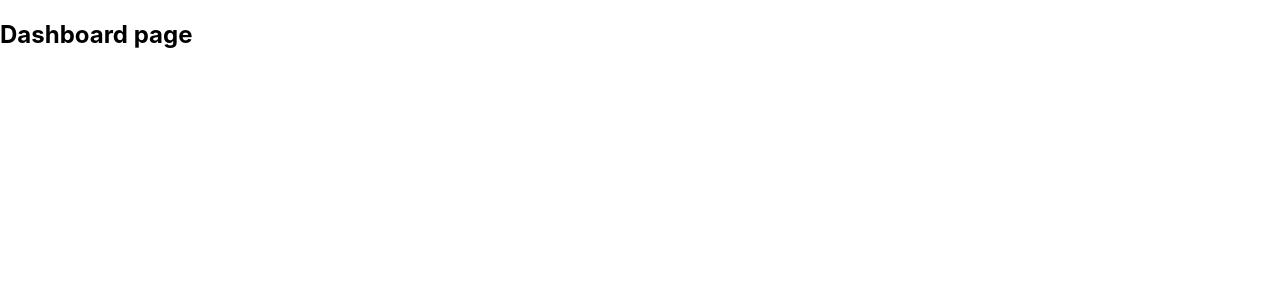
Repository: BinhIT/workflow
Page: /dashboard
The author's editor kept a copy of each file at every save. The page is drawn from the files as they stood at one save, then again after the next save.
The browser window is 1280 px wide. The pictures show the whole page.
The project was rebuilt for these pictures with package versions that can differ from the ones it lists, and the page was loaded fresh each time. Also part of the build but not shown: src/page/Home/index.js, src/page/About/index.js.

Above is the page before, as saved 2023-03-04 23:12:19.

After the next save:
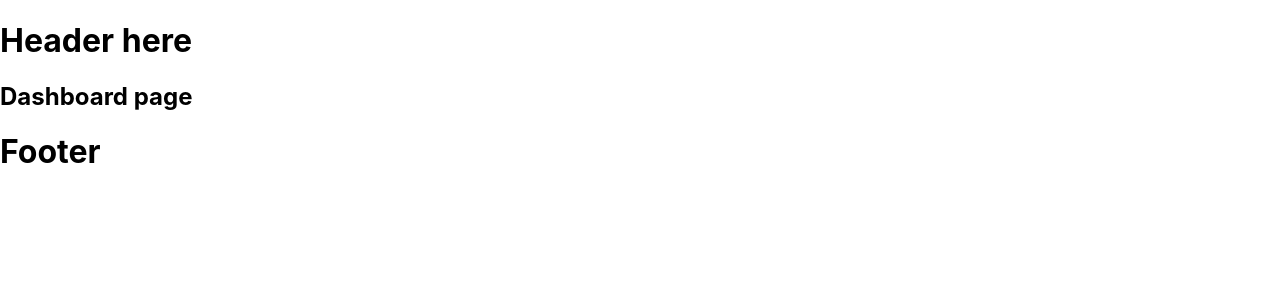
Saved 9 s later.
--- a/src/routes/index.js
+++ b/src/routes/index.js
@@ -6,7 +6,7 @@ import { Applayout } from "~/components/Layout";
 const publicRoutes = [
     { path: '/', component: Home },
     { path: '/about', component: About },
-    { path: '/dashboard', component: Dashboard, layout: 'dashboard' },
+    { path: '/dashboard', component: Dashboard, layout: Applayout },
 ]
 const privateRoutes = [
 

After the 6 saves that followed:
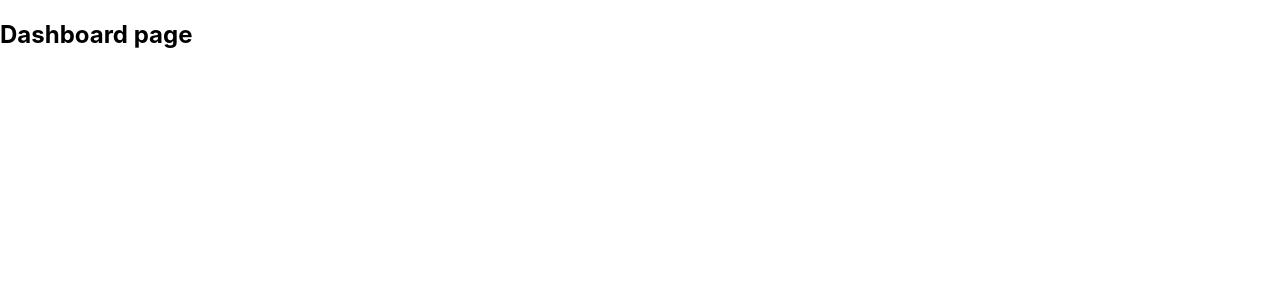
The 6 saves are shown as one change because 2 did not build or start and 2 left the picture as it was and some came seconds apart.
The last was saved 4 min 23 s later.
--- a/src/App.js
+++ b/src/App.js
@@ -10,8 +10,13 @@ function App() {
         </header>
         <Routes>
           {publicRoutes.map((route, index) => {
-            const Layout = route.layout === 'dashboard' ? Fragment : Defautlayout;
             const Page = route.component;
+            let Layout = Defautlayout
+            if (route.layout) {
+              Layout = route.layout
+            } else if (route.layout === null) {
+              Layout = Fragment
+            }
             return <Route key={index} path={route.path} element={
               <Layout>< Page /> </Layout>
             } />;
